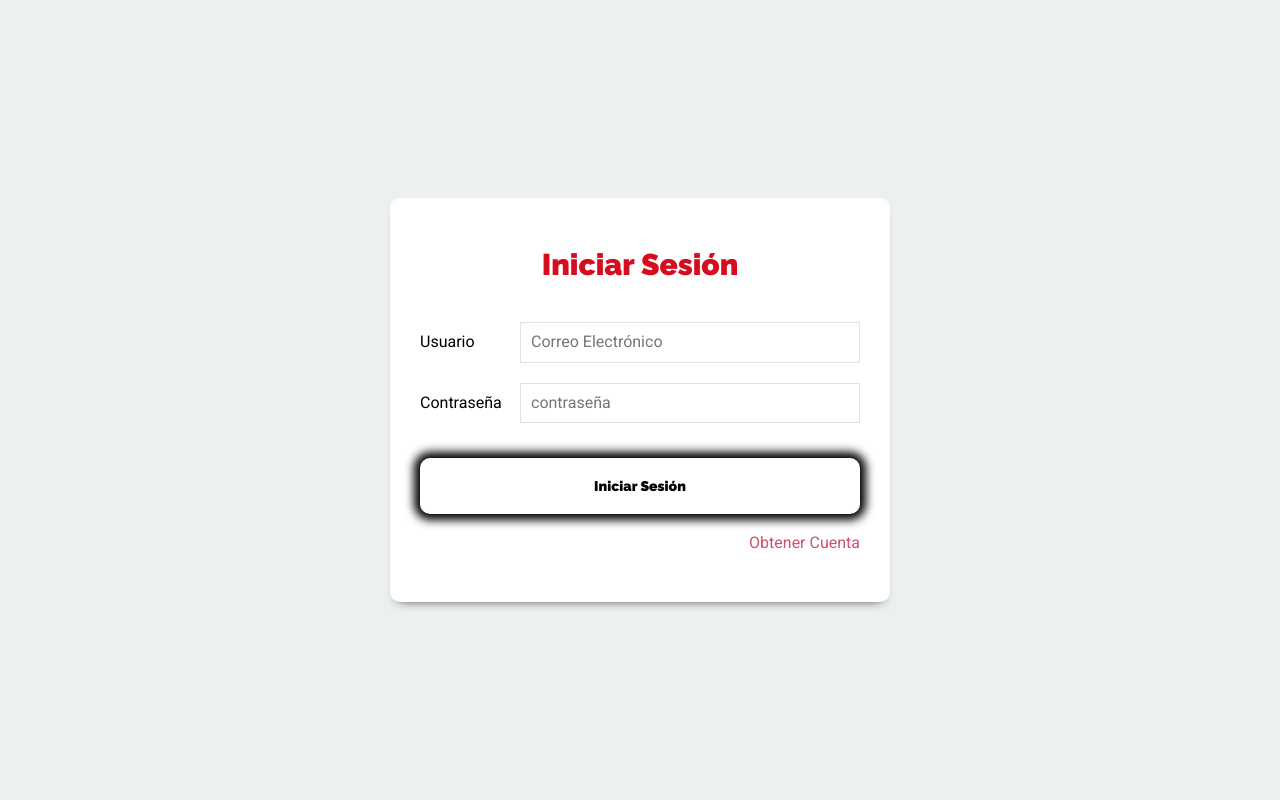
Repository: andrescovarrubias/admin-proyectos
Page: / (app in cliente/)
These files come from the project's save history. The page is drawn as it stood at one moment and after the next save; the edit follows.
The browser window is 1280 px wide. The pictures show the whole page.
The project was rebuilt for these pictures with package versions that can differ from the ones it lists, and the page was loaded fresh each time. Also part of the build but not shown: cliente/src/components/auth/NuevaCuenta.jsx, cliente/src/components/proyectos/NuevoProyecto.jsx, cliente/src/components/layout/SideBar.jsx, cliente/src/components/proyectos/Proyectos.jsx.

Above is the page before, as saved 2020-10-31 17:42:45.

After the next save:
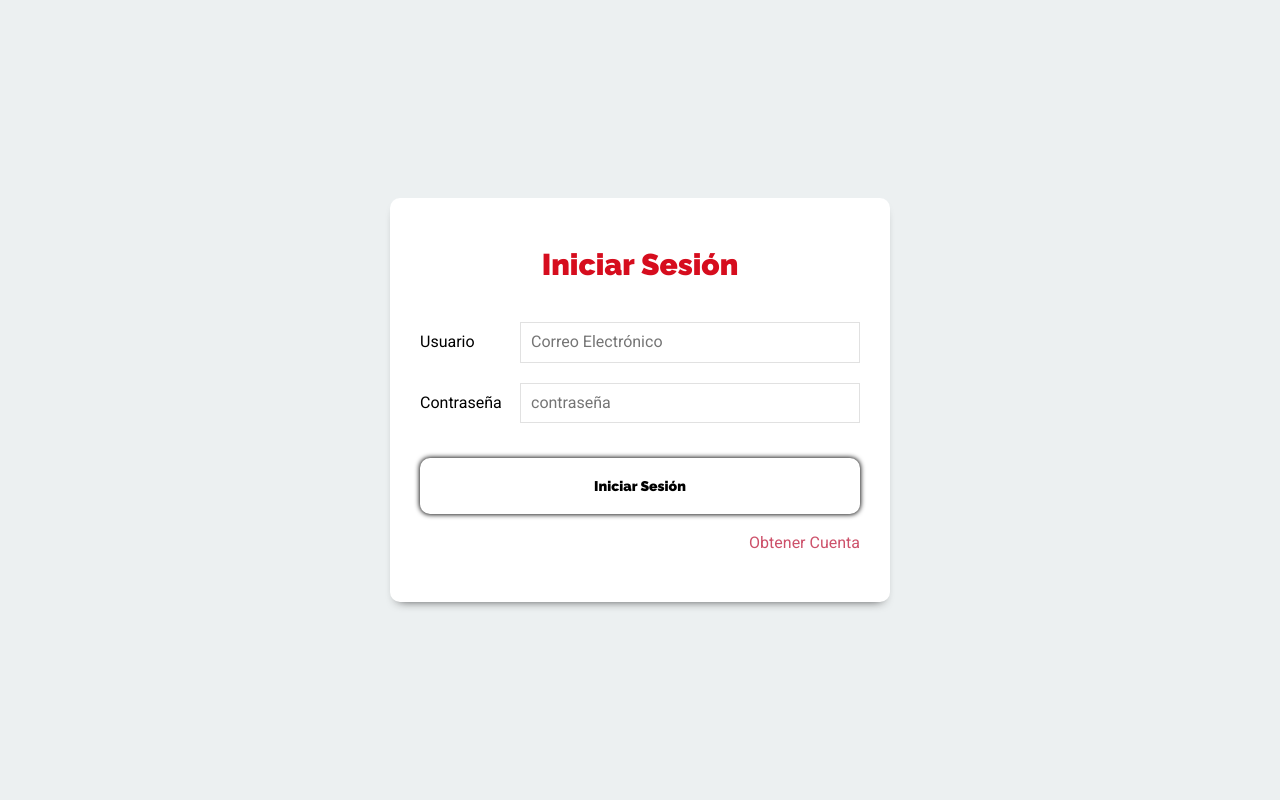
Saved 9 s later.
--- a/cliente/src/index.css
+++ b/cliente/src/index.css
@@ -67,7 +67,7 @@ a {
   font-weight: bold;
   border-radius: 10px;
   border: none;
-  box-shadow: 0 0 10px 6px black;
+  box-shadow: 0 0 5px 0.5px black;
   transition: background-color 0.3s ease;
 }
 .btn:hover {
